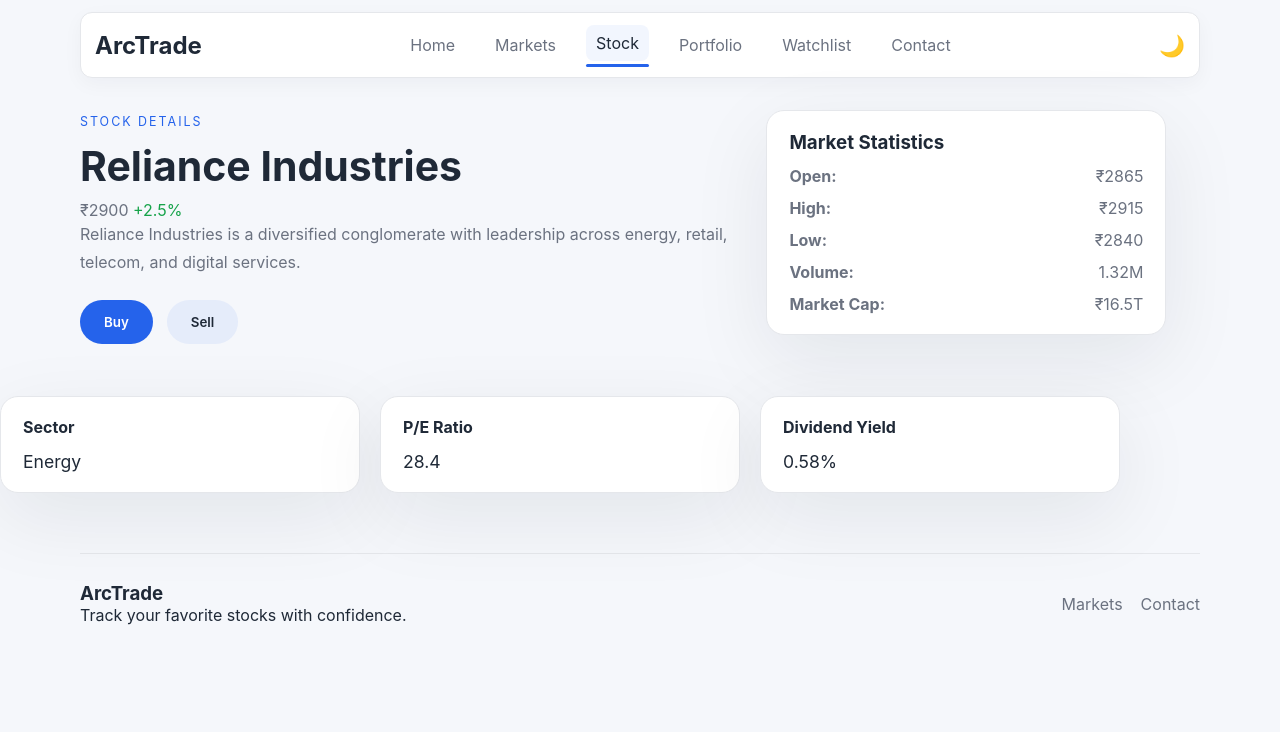
Repository: jaganathvinodkumar-dev/arctrade
Page: arc-trade/stock.html
An editor plug-in stored every save of this project. The page is shown before and after the next save, followed by the edit.
The browser window is 1280 px wide. The pictures show the whole page.

Above is the page before, as saved 2026-06-04 13:43:09.

### arc-trade/stock.html
<!DOCTYPE html>
<html lang="en">
<head>
  <meta charset="UTF-8">
  <meta name="viewport" content="width=device-width, initial-scale=1.0">
  <title>ArcTrade | Stock Details</title>
  <link rel="stylesheet" href="../css/style.css">
  <link rel="stylesheet" href="../css/responsive.css">
  <link rel="preconnect" href="https://fonts.googleapis.com">
  <link rel="preconnect" href="https://fonts.gstatic.com" crossorigin>
  <style>
    html,body{margin:0;padding:0;font-family:Inter, Arial, sans-serif;background:var(--bg,#f5f7fb);color:var(--text,#1f2937)}
    .navbar{display:flex;align-items:center;justify-content:space-between;padding:14px}
    .stock-hero{padding:20px 0}
    .theme-toggle{background:transparent;border:none}
  </style>
</head>
<body>
  <header class="navbar">
    <div class="brand"><a href="index.html">ArcTrade</a></div>
    <button class="nav-toggle" id="nav-toggle" aria-label="Toggle navigation">☰</button>
    <nav class="nav-menu" id="nav-menu">
      <a href="index.html">Home</a>
      <a href="markets.html">Markets</a>
      <a href="stock.html">Stock</a>
      <a href="portfolio.html">Portfolio</a>
      <a href="watchlist.html">Watchlist</a>
      <a href="contact.html">Contact</a>
    </nav>
    <button class="theme-toggle" id="theme-btn">🌙</button>
  </header>

  <main>
    <section class="stock-hero">
      <div>
        <span class="eyebrow">Stock Details</span>
        <h1>Reliance Industries</h1>
        <p>₹2900 <span class="tag up">+2.5%</span></p>
        <p class="stock-description">Reliance Industries is a diversified conglomerate with leadership across energy, retail, telecom, and digital services.</p>
        <div class="cta-group">
          <button class="btn btn-primary">Buy</button>
          <button class="btn btn-secondary">Sell</button>
        </div>
      </div>
      <div class="stock-summary-card">
        <h3>Market Statistics</h3>
        <ul>
          <li><strong>Open:</strong> ₹2865</li>
          <li><strong>High:</strong> ₹2915</li>
          <li><strong>Low:</strong> ₹2840</li>
          <li><strong>Volume:</strong> 1.32M</li>
          <li><strong>Market Cap:</strong> ₹16.5T</li>
        </ul>
      </div>
    </section>

    <section class="stock-detail-cards">
      <div class="detail-card">
        <h4>Sector</h4>
        <p>Energy</p>
      </div>
      <div class="detail-card">
        <h4>P/E Ratio</h4>
        <p>28.4</p>
      </div>
      <div class="detail-card">
        <h4>Dividend Yield</h4>
        <p>0.58%</p>
      </div>
    </section>
  </main>

  <footer class="site-footer">
    <div><h3>ArcTrade</h3><p>Track your favorite stocks with confidence.</p></div>
    <div class="footer-links"><a href="markets.html">Markets</a><a href="contact.html">Contact</a></div>
  </footer>

  <script src="../js/theme.js"></script>
  <script src="../js/app.js"></script>
</body>
</html>

### css/style.css
:root {
  --bg: #f5f7fb;
  --surface: #ffffff;
  --surface-strong: #ffffff;
  --text: #1f2937;
  --text-muted: #6b7280;
  --primary: #2563eb;
  --primary-hover: #1d4ed8;
  --success: #16a34a;
  --danger: #dc2626;
  --border: #e5e7eb;
  --shadow: 0 24px 80px rgba(15, 23, 42, 0.08);
}

body.dark {
  --bg: #0f172a;
  --surface: #111827;
  --surface-strong: #0f172a;
  --text: #e2e8f0;
  --text-muted: #94a3b8;
  --primary: #5b8cff;
  --primary-hover: #3b82f6;
  --success: #22c55e;
  --danger: #f97316;
  --border: #334155;
  --shadow: 0 24px 80px rgba(0, 0, 0, 0.28);
}

/* Load Inter font as primary */
@import url('https://fonts.googleapis.com/css2?family=Inter:wght@300;400;600;700;800&display=swap');

* {
  margin: 0;
  padding: 0;
  box-sizing: border-box;
}

html {
  scroll-behavior: smooth;
}

body {
  font-family: Inter, Arial, sans-serif;
  background: var(--bg);
  color: var(--text);
  min-height: 100vh;
  transition: background 0.35s ease, color 0.35s ease;
}

a {
  color: inherit;
  text-decoration: none;
}

button,
input,
textarea {
  font-family: inherit;
}

.navbar {
  width: min(1120px, calc(100% - 40px));
  margin: 12px auto;
  padding: 12px 18px;
  display: flex;
  align-items: center;
  justify-content: space-between;
  gap: 16px;
  background: var(--surface);
  border: 1px solid var(--border);
  border-radius: 12px;
  box-shadow: 0 6px 20px rgba(15,23,42,0.04);
}

.brand a {
  font-size: 1.5rem;
  font-weight: 700;
  color: var(--text);
}

.brand a:hover{color:var(--primary)}

.nav-menu {
  display: flex;
  gap: 20px;
  align-items: center;
}

.nav-menu a {
  color: var(--text-muted);
  position: relative;
  transition: color 0.18s ease, transform 0.12s ease;
  padding: 8px 10px;
  border-radius: 8px;
}

.nav-menu a:hover,
.nav-menu a.active {
  color: var(--text);
  transform: translateY(-2px);
  background: rgba(37,99,235,0.06);
}

.nav-menu a.active::after {
  content: '';
  position: absolute;
  left: 0;
  bottom: -6px;
  width: 100%;
  height: 3px;
  background: var(--primary);
  border-radius: 999px;
}

.nav-toggle,
.theme-toggle {
  border: none;
  background: transparent;
  font-size: 1.3rem;
  cursor: pointer;
  color: var(--text);
}

.theme-toggle {
  display: inline-flex;
}

.nav-toggle {
  display: none;
}

.main,
footer,
section {
  width: min(1120px, calc(100% - 40px));
  margin: 0 auto;
}

.hero-section,
.stock-hero,
.portfolio-hero,
.contact-hero,
.page-intro {
  display: grid;
  grid-template-columns: 1.2fr 0.8fr;
  gap: 36px;
  align-items: center;
  padding: 40px 0 20px;
}

.hero-copy h1,
.page-intro h1,
.stock-hero h1,
.contact-hero h1 {
  font-size: clamp(2rem, 3.2vw, 3.2rem);
  line-height: 1.05;
  margin-bottom: 16px;
}

.eyebrow {
  display: inline-block;
  margin-bottom: 16px;
  color: var(--primary);
  text-transform: uppercase;
  letter-spacing: 0.16em;
  font-size: 0.78rem;
}

.hero-copy p,
.stock-description,
.page-intro p,
.contact-hero p {
  max-width: 720px;
  color: var(--text-muted);
  line-height: 1.75;
}

.hero-actions,
.cta-group,
.watchlist-controls,
.form-actions {
  display: flex;
  flex-wrap: wrap;
  gap: 14px;
  margin-top: 24px;
}

.btn {
  border: none;
  border-radius: 999px;
  padding: 14px 24px;
  cursor: pointer;
  font-weight: 600;
  transition: transform 0.2s ease, background 0.2s ease;
}

.btn-primary {
  background: var(--primary);
  color: white;
}

.btn-primary:hover {
  background: var(--primary-hover);
}

.btn-secondary {
  background: rgba(37, 99, 235, 0.08);
  color: var(--text);
}

.btn:hover {
  transform: translateY(-1px);
}

.market-card,
.testimonial-card,
.feature-card,
.index-card,
.market-panel,
.stock-summary-card,
.detail-card,
.mini-card,
.holdings-table,
.contact-card,
.watchlist-card {
  background: var(--surface);
  border: 1px solid var(--border);
  border-radius: 18px;
  box-shadow: var(--shadow);
  padding: 20px 22px;
  transition: transform 0.2s ease, background 0.35s ease, border-color 0.35s ease;
}

.market-card:hover,
.testimonial-card:hover,
.feature-card:hover,
.index-card:hover,
.market-panel:hover,
.stock-summary-card:hover,
.detail-card:hover,
.mini-card:hover,
.contact-card:hover,
.watchlist-card:hover {
  transform: translateY(-4px);
}

.market-card__header {
  display: flex;
  justify-content: space-between;
  align-items: center;
  margin-bottom: 18px;
  font-weight: 600;
}

.market-card__body p {
  color: var(--text-muted);
  line-height: 1.7;
}

.info-grid,
.feature-grid,
.testimonial-grid,
.index-grid,
.trending-grid,
.portfolio-cards,
.holdings-table,
.watchlist-grid {
  display: grid;
  gap: 20px;
}

.info-grid {
  grid-template-columns: repeat(3, minmax(220px, 1fr));
}

.feature-grid {
  grid-template-columns: repeat(4, minmax(210px, 1fr));
}

.testimonial-grid {
  grid-template-columns: repeat(3, minmax(240px, 1fr));
}

.index-grid {
  grid-template-columns: repeat(3, minmax(220px, 1fr));
}

.trending-grid {
  grid-template-columns: repeat(3, minmax(240px, 1fr));
}

.portfolio-cards {
  grid-template-columns: repeat(3, minmax(180px, 1fr));
}

.watchlist-grid {
  grid-template-columns: repeat(3, minmax(240px, 1fr));
}

.feature-card h3,
.testimonial-card h4,
.market-panel h3,
.detail-card h4,
.mini-card h4 {
  margin-bottom: 14px;
}

.testimonial-card p {
  color: var(--text-muted);
  margin-bottom: 22px;
  line-height: 1.75;
}

.testimonial-card span,
.market-summary div h3 {
  color: var(--text-muted);
}

.section-heading {
  margin-bottom: 26px;
}

.section-heading h2 {
  font-size: clamp(1.6rem, 2.1vw, 2.2rem);
  line-height: 1.1;
}

.empty-state{padding:18px;color:var(--text-muted)}

.market-summary {
  margin-top: 24px;
  display: grid;
  gap: 16px;
  grid-template-columns: repeat(2, minmax(0, 1fr));
}

.market-summary div {
  background: var(--surface);
  border: 1px solid var(--border);
  border-radius: 22px;
  padding: 22px;
}

.market-summary h3,
.stock-summary-card h3,
.holdings-section h2,
.trending-section h2,
.stock-hero h1,
.contact-hero h1 {
  margin-bottom: 12px;
}

.status {
  font-weight: 700;
}

.up {
  color: var(--success);
}

.down {
  color: var(--danger);
}

.stock-summary-card ul {
  list-style: none;
  display: grid;
  gap: 12px;
}

.stock-summary-card li {
  display: flex;
  justify-content: space-between;
  color: var(--text-muted);
}

.stock-detail-cards {
  display: grid;
  grid-template-columns: repeat(3, minmax(220px, 1fr));
  gap: 20px;
  margin: 32px 0;
}

.detail-card p,
.mini-card p {
  font-size: 1.1rem;
  margin-top: 10px;
}

.holdings-table {
  border-radius: 28px;
  overflow: hidden;
}

.table-row {
  display: grid;
  grid-template-columns: 2fr 1fr 1.5fr 1fr;
  gap: 10px;
  padding: 18px 20px;
  align-items: center;
}

.table-header {
  background: var(--surface);
  border-bottom: 1px solid var(--border);
  font-weight: 700;
}

.table-row:not(.table-header) {
  background: var(--surface);
  border-bottom: 1px solid var(--border);
}

.stock-hero p,
.portfolio-value,
.stock-description,
.watchlist-section p,
.contact-card p,
.contact-form label,
.form-status {
  color: var(--text-muted);
}

.portfolio-value {
  font-size: 2.6rem;
  font-weight: 700;
  margin: 20px 0 0;
}

.watchlist-controls {
  justify-content: space-between;
  gap: 16px;
}

.watchlist-controls input,
.search-bar input,
.contact-form input,
.contact-form textarea {
  width: 100%;
  border: 1px solid var(--border);
  border-radius: 18px;
  padding: 16px 18px;
  background: var(--surface);
  color: var(--text);
}

.search-bar input {
  width: 100%;
}

.contact-form {
  display: grid;
  gap: 18px;
  padding: 32px;
  background: var(--surface);
  border: 1px solid var(--border);
  border-radius: 28px;
}

.form-row {
  display: grid;
  grid-template-columns: repeat(2, minmax(0, 1fr));
  gap: 18px;
}

.contact-form label {
  display: grid;
  gap: 10px;
  font-weight: 600;
}

.form-actions {
  align-items: center;
}

.form-status {
  font-size: 0.95rem;
}

.contact-card {
  max-width: 420px;
}

.site-footer {
  width: min(1120px, calc(100% - 40px));
  margin: 60px auto 40px;
  display: flex;
  justify-content: space-between;
  gap: 20px;
  align-items: center;
  border-top: 1px solid var(--border);
  padding-top: 28px;
}

.footer-links {
  display: flex;
  gap: 18px;
  flex-wrap: wrap;
}

.footer-links a {
  color: var(--text-muted);
}

.watchlist-card {
  display: grid;
  gap: 16px;
}

.watchlist-card h3 {
  margin-bottom: 8px;
}

.watchlist-card .watchlist-card__meta {
  display: flex;
  justify-content: space-between;
  gap: 12px;
}

.watchlist-card button {
  background: transparent;
  border: 1px solid var(--border);
  color: var(--text);
  width: 100%;
}

.market-panel {
  border-radius: 28px;
  padding: 24px;
}

.market-sections {
  display: grid;
  grid-template-columns: 1fr 1fr;
  gap: 20px;
  margin-top: 30px;
}

.stock-hero,
.contact-hero,
.portfolio-hero,
.page-intro {
  align-items: start;
}

.stock-summary-card,
.contact-card {
  max-width: 400px;
}

.page-intro .search-bar,
.watchlist-controls {
  width: 100%;
}

@media (max-width: 1024px) {
  .hero-section,
  .stock-hero,
  .portfolio-hero,
  .contact-hero,
  .page-intro {
    grid-template-columns: 1fr;
  }

  .feature-grid,
  .testimonial-grid,
  .index-grid,
  .trending-grid,
  .portfolio-cards,
  .stock-detail-cards,
  .watchlist-grid,
  .market-sections {
    grid-template-columns: 1fr;
  }

  .nav-menu {
    gap: 18px;
  }
}

@media (max-width: 768px) {
  .navbar {
    flex-wrap: wrap;
    justify-content: space-between;
  }

  .nav-toggle,
  .theme-toggle {
    display: inline-flex;
  }

  .nav-menu {
    width: 100%;
    display: none;
    flex-direction: column;
    background: var(--surface);
    padding: 20px;
    border: 1px solid var(--border);
    border-radius: 24px;
  }

  .nav-menu.open {
    display: flex;
  }

  .nav-menu a {
    padding: 12px 0;
    border-bottom: 1px solid var(--border);
  }

  .nav-menu a:last-child {
    border-bottom: none;
  }

  .hero-section,
  .stock-hero,
  .portfolio-hero,
  .contact-hero,
  .page-intro {
    padding: 20px 0;
  }

  .site-footer {
    flex-direction: column;
    align-items: flex-start;
  }
}

body.dark a {
  color: var(--text);
}

body.dark .navbar,
body.dark .nav-menu {
  background: rgba(15, 23, 42, 0.88);
}

body.dark .nav-menu a,
body.dark .footer-links a,
body.dark .testimonial-card span,
body.dark .market-summary div h3,
body.dark .stock-summary-card li,
body.dark .stock-hero p,
body.dark .portfolio-value,
body.dark .watchlist-section p,
body.dark .contact-card p,
body.dark .contact-form label,
body.dark .form-status {
  color: var(--text-muted);
}

body.dark .btn-secondary {
  background: rgba(255, 255, 255, 0.08);
}

body.dark .contact-form input,
body.dark .contact-form textarea,
body.dark .search-bar input,
body.dark .watchlist-controls input {
  background: var(--surface);
  border-color: var(--border);
  color: var(--text);
}

body.dark .form-status {
  color: #a5b4fc;
}

.market-card,
.testimonial-card,
.feature-card,
.index-card,
.market-panel,
.stock-summary-card,
.detail-card,
.mini-card,
.holdings-table,
.contact-card,
.watchlist-card,
.contact-form,
.navbar,
.nav-menu,
.site-footer {
  transition: background 0.35s ease, border-color 0.35s ease, color 0.35s ease, box-shadow 0.35s ease;
}

### css/responsive.css
@media(max-width:768px){

.navbar{
flex-direction:column;
gap:15px;
}

.nav-links{
flex-direction:column;
text-align:center;
}

.features{
flex-direction:column;
align-items:center;
}

.hero h1{
font-size:32px;
}

}

### js/app.js
const initNavigation = () => {
  const navToggle = document.getElementById('nav-toggle');
  const navMenu = document.getElementById('nav-menu');
  const navLinks = document.querySelectorAll('.nav-menu a');

  if (navToggle && navMenu) {
    navToggle.addEventListener('click', () => {
      navMenu.classList.toggle('open');
    });
  }

  const currentPage = window.location.pathname.split('/').pop() || 'index.html';
  navLinks.forEach(link => {
    if (link.getAttribute('href') === currentPage) {
      link.classList.add('active');
    }
  });
};

const validateEmail = email => {
  return /^\S+@\S+\.\S+$/.test(email);
};

const initContactForm = () => {
  const form = document.getElementById('contact-form');
  if (!form) return;
  const nameInput = document.getElementById('contact-name');
  const emailInput = document.getElementById('contact-email');
  const messageInput = document.getElementById('contact-message');
  const statusText = document.getElementById('form-status');

  form.addEventListener('submit', event => {
    event.preventDefault();
    const name = nameInput.value.trim();
    const email = emailInput.value.trim();
    const message = messageInput.value.trim();

    if (!name || !email || !message) {
      statusText.textContent = 'Please fill out all fields before submitting.';
      statusText.style.color = '#dc2626';
      return;
    }

    if (!validateEmail(email)) {
      statusText.textContent = 'Please enter a valid email address.';
      statusText.style.color = '#dc2626';
      return;
    }

    statusText.textContent = 'Thanks for reaching out! We will reply soon.';
    statusText.style.color = '#16a34a';
    form.reset();
  });
};

const loadWatchlist = () => {
  const saved = localStorage.getItem('arctrade-watchlist');
  if (saved) {
    try {
      return JSON.parse(saved);
    } catch {
      return [];
    }
  }
  return [
    { symbol: 'RELI', name: 'Reliance', price: '₹2900', change: '+2.5%' },
    { symbol: 'TCS', name: 'TCS', price: '₹3850', change: '+1.2%' },
    { symbol: 'INFY', name: 'Infosys', price: '₹1700', change: '-0.4%' }
  ];
};

const saveWatchlist = list => {
  localStorage.setItem('arctrade-watchlist', JSON.stringify(list));
};

const renderWatchlist = watchlist => {
  const container = document.getElementById('watchlist-cards');
  if (!container) return;
  container.innerHTML = '';

  if (!watchlist.length) {
    container.innerHTML = '<p class="empty-state">Your watchlist is empty. Add stocks to get started.</p>';
    return;
  }

  watchlist.forEach(stock => {
    const card = document.createElement('article');
    card.className = 'watchlist-card';
    card.innerHTML = `
      <div class="watchlist-card__header">
        <h3>${stock.name}</h3>
        <span>${stock.symbol}</span>
      </div>
      <div class="watchlist-card__meta">
        <span>${stock.price}</span>
        <span class="${stock.change.startsWith('-') ? 'down' : 'up'}">${stock.change}</span>
      </div>
      <button class="btn btn-secondary" data-symbol="${stock.symbol}">Remove</button>
    `;
    container.appendChild(card);
  });
};

const initWatchlist = () => {
  const watchlist = loadWatchlist();
  const searchInput = document.getElementById('watchlist-search');
  const addButton = document.getElementById('watchlist-add-btn');
  let currentWatchlist = watchlist;

  const refresh = filtered => renderWatchlist(filtered);

  refresh(currentWatchlist);

  if (searchInput) {
    searchInput.addEventListener('input', () => {
      const query = searchInput.value.trim().toLowerCase();
      const filtered = currentWatchlist.filter(item => item.name.toLowerCase().includes(query) || item.symbol.toLowerCase().includes(query));
      refresh(filtered);
    });
  }

  if (addButton) {
    addButton.addEventListener('click', () => {
      const symbol = prompt('Enter stock symbol (example: HDFC)');
      const name = prompt('Enter company name');
      const price = prompt('Enter current price (example: ₹1200)');
      const change = prompt('Enter daily change (example: +1.2%)');
      if (!symbol || !name || !price || !change) return;
      const nextItem = { symbol: symbol.toUpperCase(), name, price, change };
      currentWatchlist = [nextItem, ...currentWatchlist];
      saveWatchlist(currentWatchlist);
      refresh(currentWatchlist);
    });
  }

  document.addEventListener('click', event => {
    const removeButton = event.target.closest('button[data-symbol]');
    if (!removeButton) return;
    const symbol = removeButton.dataset.symbol;
    currentWatchlist = currentWatchlist.filter(item => item.symbol !== symbol);
    saveWatchlist(currentWatchlist);
    refresh(currentWatchlist);
  });
};

const initPage = () => {
  initNavigation();
  initContactForm();
  initWatchlist();
};

document.addEventListener('DOMContentLoaded', initPage);

Loaded but not shown: arc-trade/js/app.js (221 lines, source omitted); js/theme.js (27 lines, source omitted); arc-trade/js/theme.js (27 lines, source omitted); arc-trade/css/style.css (723 lines, source omitted); arc-trade/css/responsive.css (141 lines, source omitted)

After the next save:
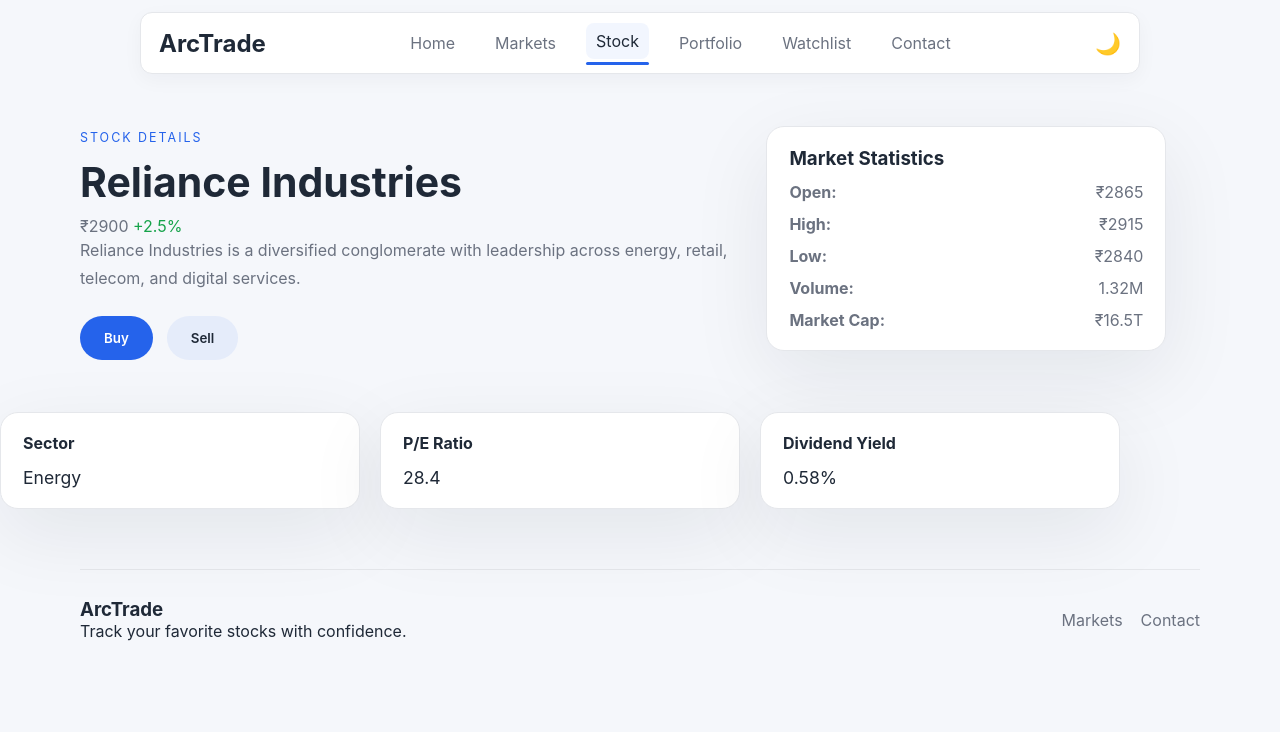
Saved 11 min 45 s later.
--- a/arc-trade/stock.html
+++ b/arc-trade/stock.html
@@ -4,16 +4,8 @@
   <meta charset="UTF-8">
   <meta name="viewport" content="width=device-width, initial-scale=1.0">
   <title>ArcTrade | Stock Details</title>
-  <link rel="stylesheet" href="../css/style.css">
-  <link rel="stylesheet" href="../css/responsive.css">
-  <link rel="preconnect" href="https://fonts.googleapis.com">
-  <link rel="preconnect" href="https://fonts.gstatic.com" crossorigin>
-  <style>
-    html,body{margin:0;padding:0;font-family:Inter, Arial, sans-serif;background:var(--bg,#f5f7fb);color:var(--text,#1f2937)}
-    .navbar{display:flex;align-items:center;justify-content:space-between;padding:14px}
-    .stock-hero{padding:20px 0}
-    .theme-toggle{background:transparent;border:none}
-  </style>
+  <link rel="stylesheet" href="css/style.css">
+  <link rel="stylesheet" href="css/responsive.css">
 </head>
 <body>
   <header class="navbar">
@@ -38,8 +30,8 @@
         <p>₹2900 <span class="tag up">+2.5%</span></p>
         <p class="stock-description">Reliance Industries is a diversified conglomerate with leadership across energy, retail, telecom, and digital services.</p>
         <div class="cta-group">
-          <button class="btn btn-primary">Buy</button>
-          <button class="btn btn-secondary">Sell</button>
+          <button id="buy-btn" class="btn btn-primary">Buy</button>
+          <button id="sell-btn" class="btn btn-secondary">Sell</button>
         </div>
       </div>
       <div class="stock-summary-card">
@@ -75,7 +67,7 @@
     <div class="footer-links"><a href="markets.html">Markets</a><a href="contact.html">Contact</a></div>
   </footer>
 
-  <script src="../js/theme.js"></script>
-  <script src="../js/app.js"></script>
+  <script src="js/theme.js"></script>
+  <script src="js/app.js"></script>
 </body>
 </html>
--- a/css/style.css
+++ b/css/style.css
@@ -553,6 +553,27 @@
   width: 100%;
 }
 
+.toast-message {
+  position: fixed;
+  right: 24px;
+  bottom: 24px;
+  background: var(--surface-strong);
+  color: var(--text);
+  border: 1px solid var(--border);
+  border-radius: 18px;
+  padding: 14px 18px;
+  box-shadow: var(--shadow);
+  opacity: 0;
+  transform: translateY(12px);
+  transition: opacity 0.25s ease, transform 0.25s ease;
+  z-index: 9999;
+}
+
+.toast-message.visible {
+  opacity: 1;
+  transform: translateY(0);
+}
+
 @media (max-width: 1024px) {
   .hero-section,
   .stock-hero,
--- a/js/app.js
+++ b/js/app.js
@@ -143,10 +143,44 @@
   });
 };
 
+const initStockActions = () => {
+  const stockName = document.querySelector('.stock-hero h1')?.textContent?.trim() || 'this stock';
+  const buyButton = document.getElementById('buy-btn');
+  const sellButton = document.getElementById('sell-btn');
+
+  const showToast = message => {
+    let toast = document.querySelector('.toast-message');
+    if (!toast) {
+      toast = document.createElement('div');
+      toast.className = 'toast-message';
+      document.body.appendChild(toast);
+    }
+    toast.textContent = message;
+    toast.classList.add('visible');
+
+    window.setTimeout(() => {
+      toast.classList.remove('visible');
+    }, 2500);
+  };
+
+  if (buyButton) {
+    buyButton.addEventListener('click', () => {
+      showToast(`Buy order placed for ${stockName}.`);
+    });
+  }
+
+  if (sellButton) {
+    sellButton.addEventListener('click', () => {
+      showToast(`Sell order placed for ${stockName}.`);
+    });
+  }
+};
+
 const initPage = () => {
   initNavigation();
   initContactForm();
   initWatchlist();
+  initStockActions();
 };
 
 document.addEventListener('DOMContentLoaded', initPage);
